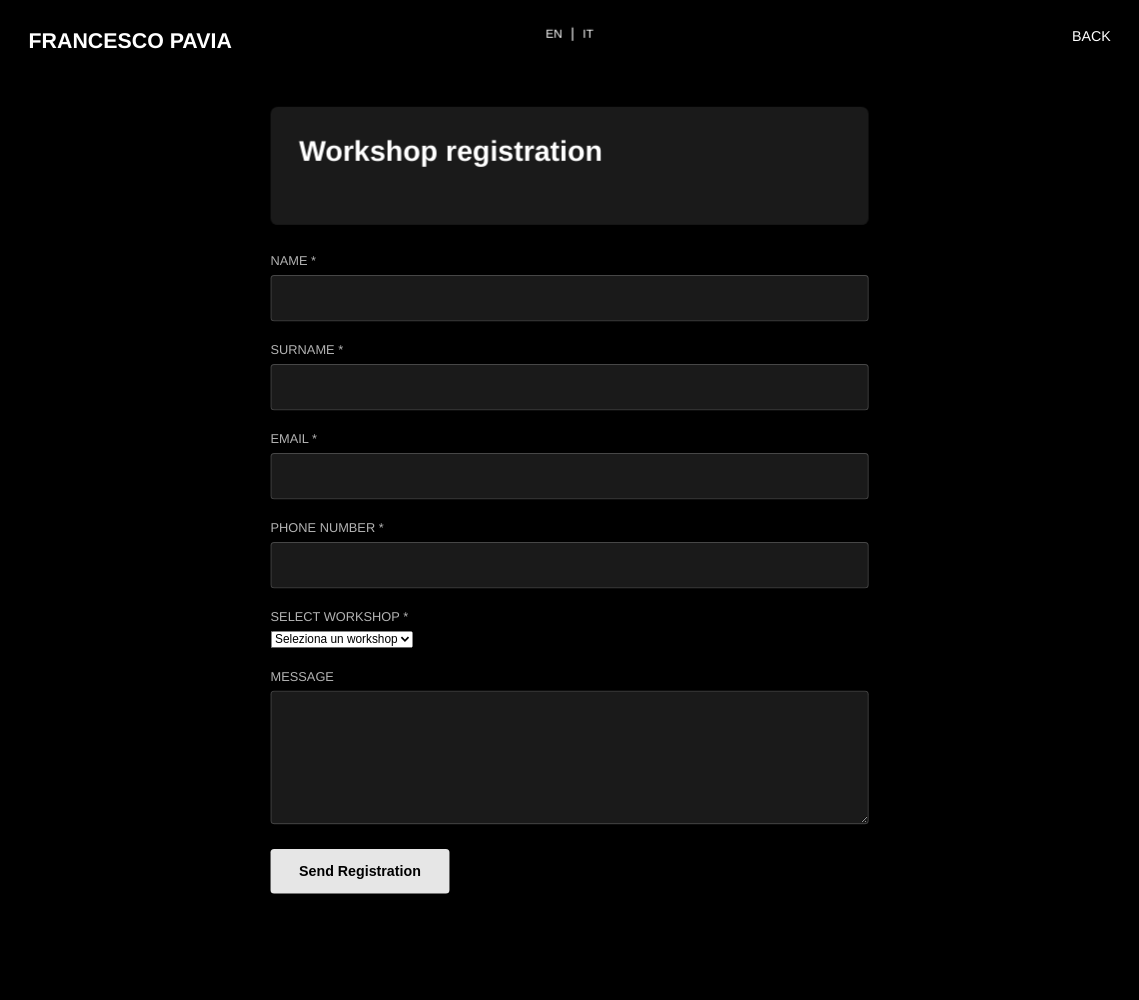
Repository: philipkdpavkia/photo-auto
Page: iscrizione.html
An editor plug-in stored every save of this project. The page is shown before and after the next save, followed by the edit.
The browser window is 1280 px wide. The pictures show the whole page, at 89% of full size.

Above is the page before, as saved 2024-11-16 16:27:43.

After the next save:
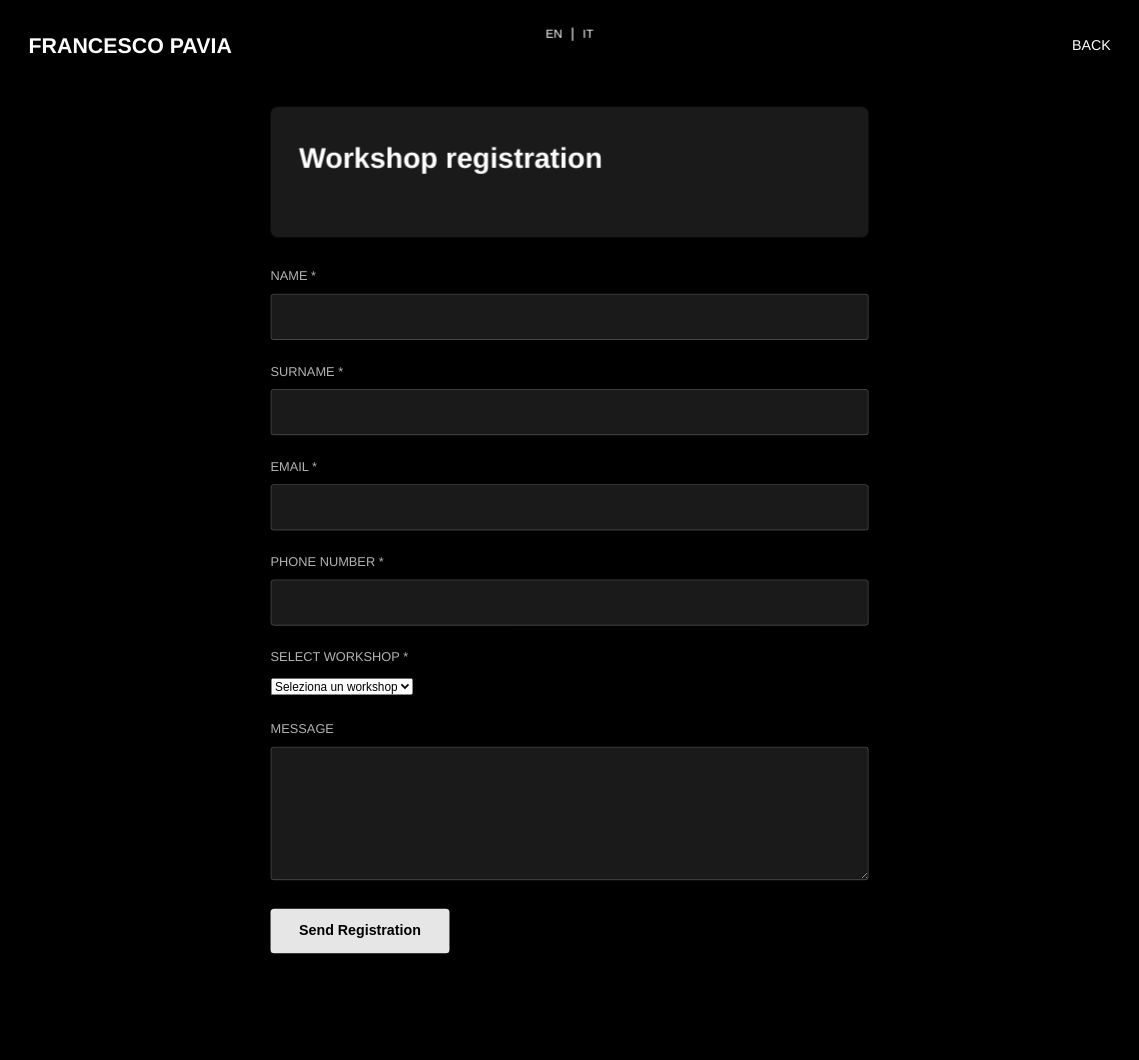
Saved 3 h 5 min later.
--- a/iscrizione.html
+++ b/iscrizione.html
@@ -4,6 +4,7 @@
     <meta charset="UTF-8">
     <meta name="viewport" content="width=device-width, initial-scale=1.0">
     <title>Workshop registration - Francesco Pavia</title>
+    <link rel="stylesheet" href="/css/style.css">
 
     <!-- Script traduzioni -->
     <script>
